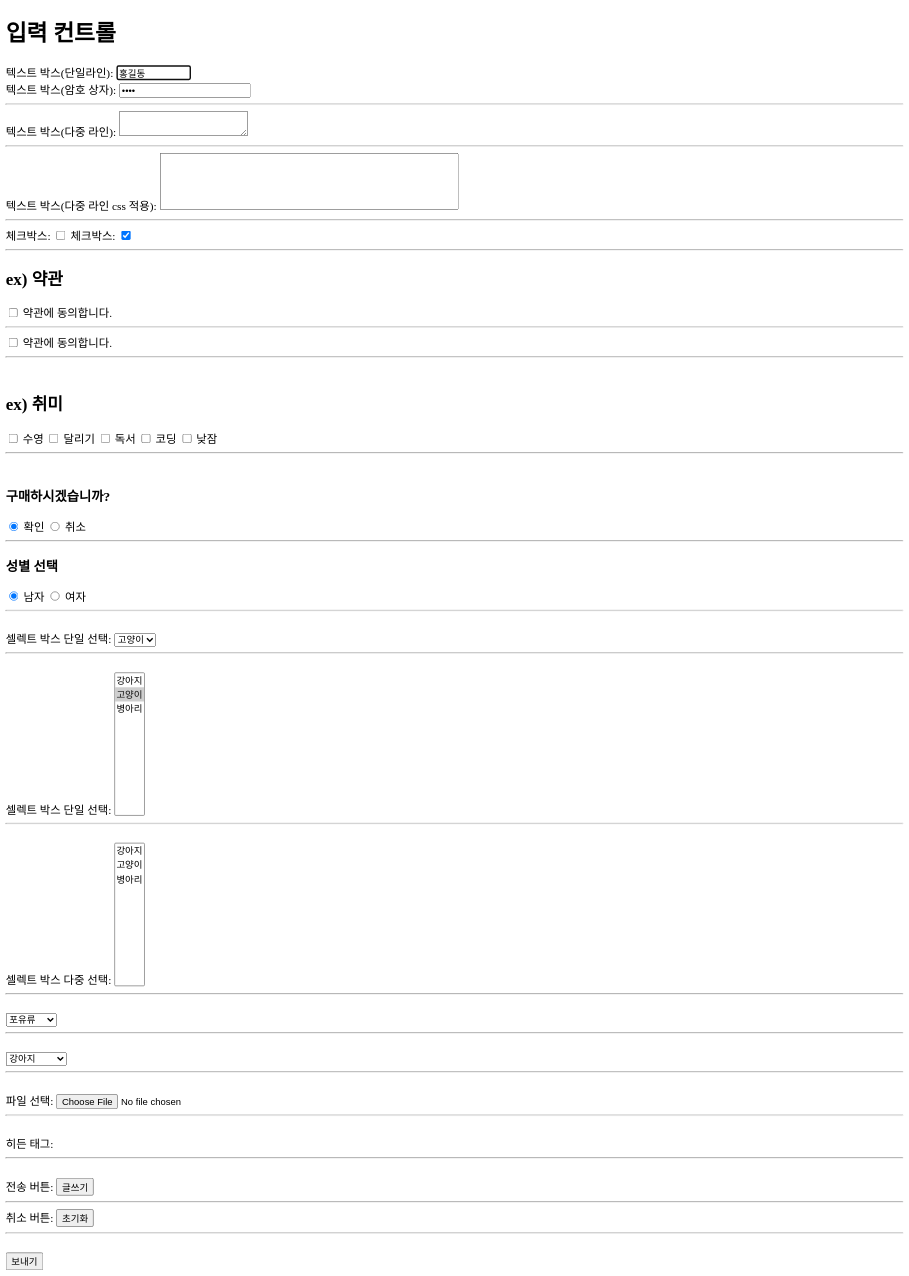
Repository: sungken/htmlProject
Page: ClientTest/src/main/webapp/html/ex19_form.html
These files come from the project's save history. The page is drawn as it stood at one moment and after the next save; the edit follows.
The browser window is 1280 px wide. The pictures show the whole page, at 71% of full size.

Above is the page before, as saved 2024-03-14 02:11:36.

### ClientTest/src/main/webapp/html/ex19_form.html
<!DOCTYPE html>
<html>
<head>
<meta charset="UTF-8">
<title>Insert title here</title>
</head>
<body>
<!-- ex19_form.html -->
<!--

	<form> 자식태그
	- 입력 양식

	<input> 태그
	- 단독 태그
	- 인라인 태그
	- input.type: 입력 컨트롤의 종류
	- input.name: 서버로 전송할때 사용하는 식별자
	- input.id: 식별자. CSS, JavaScript에서 주로 사용
	- input.class: 식별자. CSS, JavaScript에서 주로 사용
	- input.size: 컨트롤의 너비(입력받는 문자 수)
	- input.maxlength: 최대 입력 문자 수 + 유효성 검사
	- input.value: 컨트롤의 입력 값
	- input.readonly: 읽기 전용. 플래그형
	- input.disable: 비활성화. 플래그형
	- input.accesskey: 바로가기(니모닉, Nemonic)
	- input.autofocus: 자동 포커스
	- input.title: 풍선도움말



 -->

	<h1>입력 컨트롤</h1>

	<form action="ex18.jsp">

		텍스트 박스(단일라인): <input type="text"
								  name="txt1"
								  id="txt1"
								  class="txt1"
								  size="10"
								  maxlength="5"
								  value="홍길동"
								  accesskey="s"
								  autofocus
								  title="이름을 입력하세요">


	</form>

<!--

			암호 상자, Password Box, Masked TextBox
			- 모든 속성이 텍스트 박스와 동일
			- value 속성 사용 금지!!

-->


		텍스트 박스(암호 상자): <input type="password" value="1234">



<!--

	다중라인 텍스트 박스
	- <textarea> </textarea>
	- 쌍태그
	- 인라인 태그
	- 대부분 속성은 텍스트와 동일
	- maxlength 속성이 없다.
	- value 속성이 없다.

 -->
		<hr>

		텍스트 박스(다중 라인):
		<textarea> </textarea>
		<hr>

		텍스트 박스(다중 라인 css 적용):
		<textarea style="resize: none;" cols="50" rows="5"></textarea>
		<hr>

<!--

	체크박스
	- 논리값 입력

 -->

 	체크박스: <input type="checkbox">
 	체크박스: <input type="checkbox" checked>
 	<hr>

 	<h2>ex) 약관</h2>
	<input type="checkbox" id="cb1"><label for="cb1"> 약관에 동의합니다.</label>
	<!-- <label for="cb1"> id를 참조하여 글자를 눌러도 체크할수 있게 연동 시킬수 있다. -->
		<hr>
	<label><input type="checkbox"> 약관에 동의합니다.</label>
	<!-- 위와 동일(나중에 디자인적 요소로 둘중 선택을 한다.) -->
		<hr>
		<br>

	<h2>ex) 취미</h2>
	<input type="checkbox"> 수영
	<input type="checkbox"> 달리기
	<input type="checkbox"> 독서
	<input type="checkbox"> 코딩
	<input type="checkbox"> 낮잠
	<!-- 단일이 아닌 다수의 체크를 할수 있다. -->
		<hr>
		<br>

	<!--

		라디오 버튼
		- 단일값
		-

	 -->
	 <h3>구매하시겠습니까?</h3>
	<input type="radio" name="rd1" checked> 확인
	<input type="radio" name="rd1"> 취소
	<hr>
	<h3>성별 선택</h3>
	<input type="radio" name="rd2" checked> 남자
	<input type="radio" name="rd2"> 여자

		<hr>
		<br>
	<!--

		셀렉트 박스
		- 콤보 박스, 드랍 다운 리스트 등....
		- 단일 선택, 다중선택 전부 쓰임


	 -->

	 셀렉트 박스 단일 선택:
	 <select>
	 	<option>강아지</option>
	 	<option selected>고양이</option>
	 	<!-- 기본값 지정 -->
	 	<option>병아리</option>
	 </select>
	 <hr>
	<br>
	 셀렉트 박스 단일 선택:
	 <select size="10" >
	 	<option>강아지</option>
	 	<option selected>고양이</option>
	 	<!-- 기본값 지정 -->
	 	<option>병아리</option>
	 </select>

		<hr>
		<br>

	셀렉트 박스 다중 선택:
	 <select size="10" multiple>
	 	<option>강아지</option>
	 	<option>고양이</option>
	 	<!-- 기본값 지정 -->
	 	<option>병아리</option>
	 </select>

		<hr>
		<br>
	<select>
		<option>포유류</option>
	 	<option>강아지</option>
	 	<option>고양이</option>
	 	<option>돼지</option>

	 	<option>파충류</option>
	 	<option>뱀</option>
	 	<option>거북이</option>
	 	<option>이구아나</option>

	 	<option>곤충</option>
	 	<option>매미</option>
	 	<option>메뚜기</option>
	 	<option>귀뚜라미</option>
	 </select>

	 	<hr>
		<br>

	<!-- 라벨 추가 -->
	<select>
		<optgroup label="포유류">
		 	<option>강아지</option>
		 	<option>고양이</option>
		 	<option>돼지</option>
	 	</optgroup>

	 	<optgroup label="파충류">
	 	<option>뱀</option>
	 	<option>거북이</option>
	 	<option>이구아나</option>
	 	</optgroup>

	 	<optgroup label="곤충">
	 	<option>매미</option>
	 	<option>메뚜기</option>
	 	<option>귀뚜라미</option>
	 	</optgroup>
	 </select>
		<hr>
		<br>
<!--

	파일 업로드
	- 첨부 파일

 -->
		파일 선택: <input type="file">

		<hr>
		<br>
<!--

	히든 태그
	- 안보이는 컨트롤
	- 개발자용
	- 전송은 해야하는데, 사용자에게 보이면 안되는 값들 전송

 -->
 	히든 태그: <input type="hidden" name="id" value="hong">

		<hr>
		<br>
<!--
	버튼류
 -->
	전송 버튼: <input type="submit" value="글쓰기">
	<hr>
	취소 버튼: <input type="reset" value="초기화">

		<hr>
		<br>

		<input type="submit" value="보내기">

	</form>














</body>
</html>

After the next save:
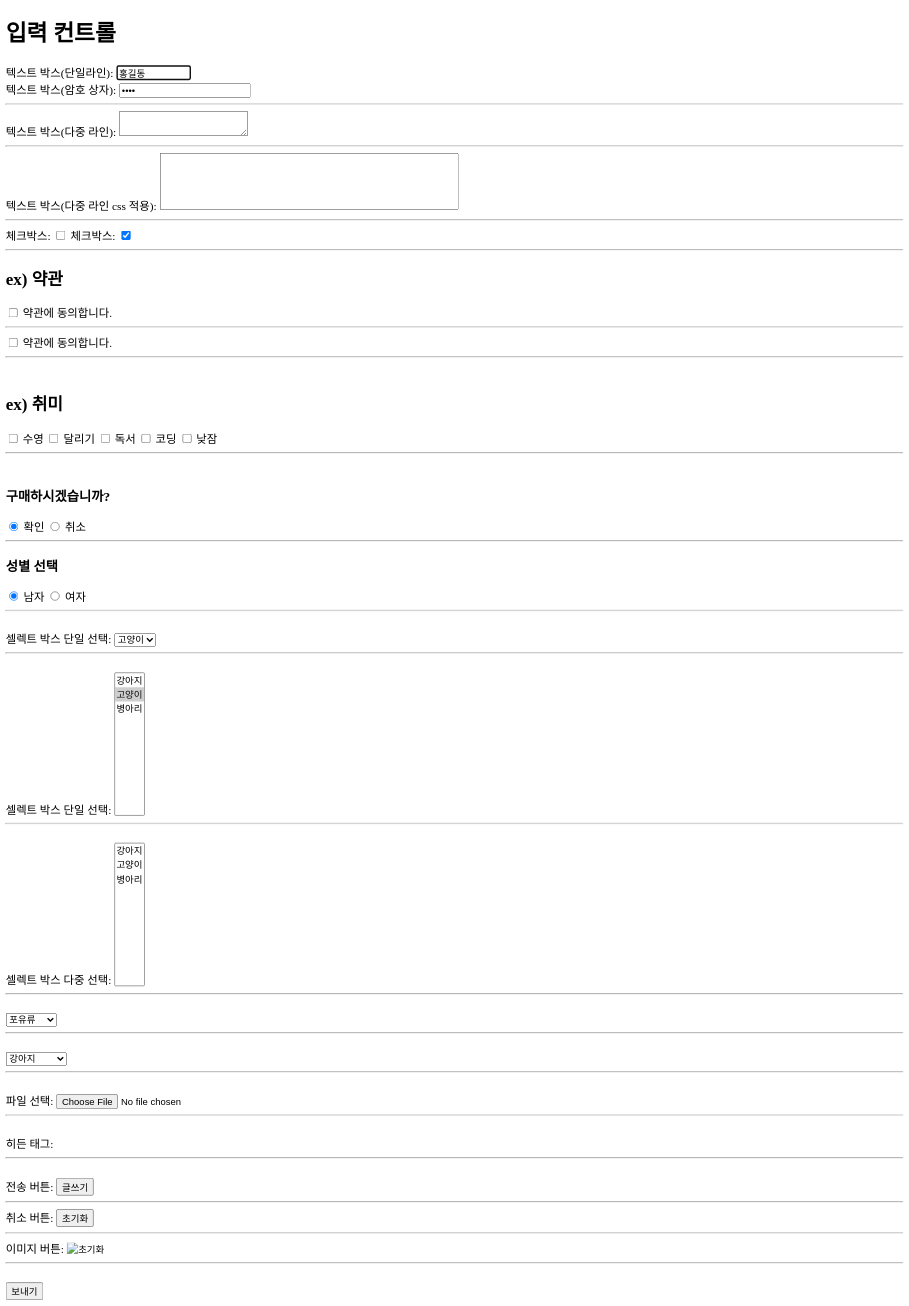
Saved 2 min 15 s later.
--- a/ClientTest/src/main/webapp/html/ex19_form.html
+++ b/ClientTest/src/main/webapp/html/ex19_form.html
@@ -239,6 +239,8 @@
 	전송 버튼: <input type="submit" value="글쓰기">
 	<hr>
 	취소 버튼: <input type="reset" value="초기화">
+	<hr>
+	이미지 버튼: <input type="image" value="초기화">
 
 		<hr>
 		<br>
@@ -246,17 +248,6 @@
 		<input type="submit" value="보내기">
 
 	</form>
-
-
-
-
-
-
-
-
-
-
-
 
 
 
